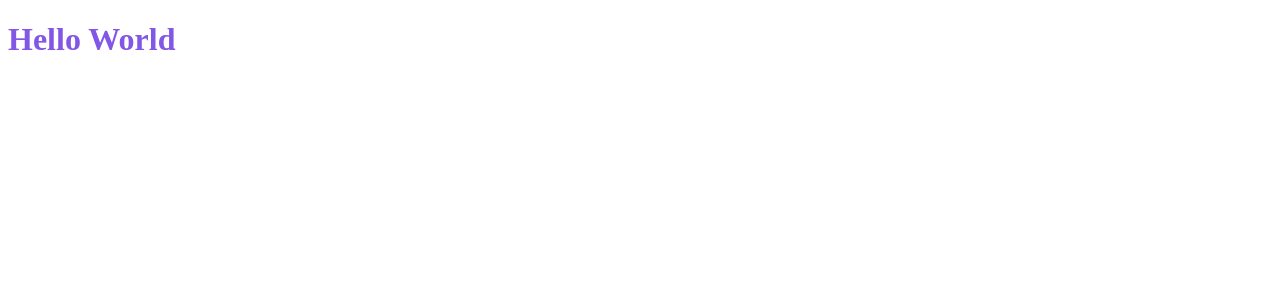
Repository: viniciusfg05/vlmoney
Page: /
The author's editor kept a copy of each file at every save. The page is drawn from the files as they stood at one save, then again after the next save.
The browser window is 1280 px wide. The pictures show the whole page.
The project was rebuilt for these pictures with package versions that can differ from the ones it lists, and the page was loaded fresh each time.

Above is the page before, as saved 2022-02-21 11:53:19.

### public/index.html
<!DOCTYPE html>
<html lang="en">
  <head>
    <meta charset="utf-8" />
    <meta name="viewport" content="width=device-width, initial-scale=1" />

    <title>VlMoney</title>
  </head>
  <body>
    <noscript>You need to enable JavaScript to run this app.</noscript>
    <div id="root"></div>
  </body>
</html>

### src/App.tsx
import styled from 'styled-components'

//componente estilizavel como componente
const Title = styled.h1`
  color: #8257e6;
`

export function App() {
  return (
    <div className="App">
     <Title>Hello World</Title>
    </div>
  );
}

//export default App: pq nao usar que quem defini o nome da exportação é o importação e não a exportação

Loaded but not shown: src/index.tsx (common file)

After the next save:
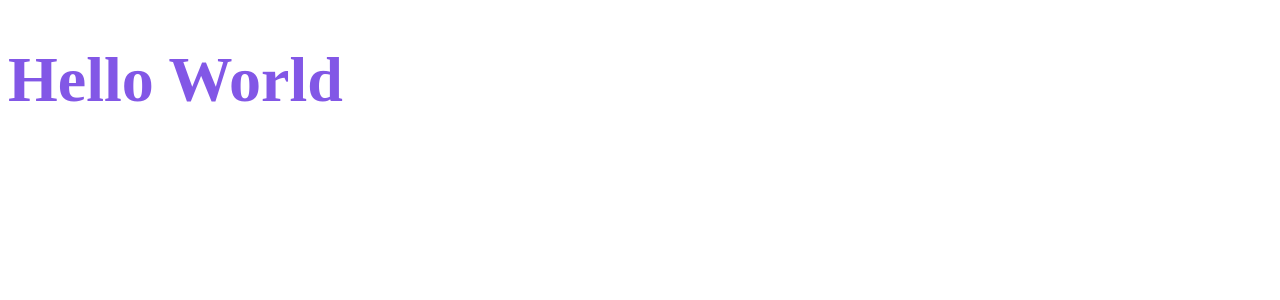
Saved 27 s later.
--- a/src/App.tsx
+++ b/src/App.tsx
@@ -3,6 +3,7 @@ import styled from 'styled-components'
 //componente estilizavel como componente
 const Title = styled.h1`
   color: #8257e6;
+  font-size: 64px;
 `
 
 export function App() {
